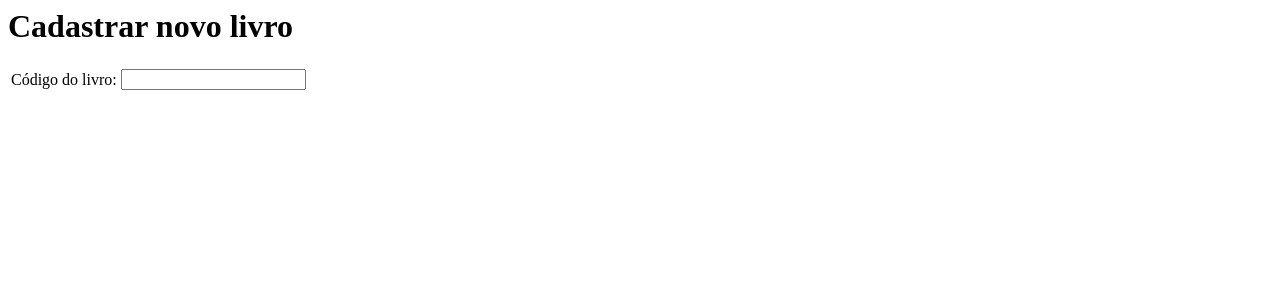
Repository: EikDEV/Atividade-Cliente-Servidor
Page: crudjspjava/src/main/webapp/livroform.html
These files come from the project's save history. The page is drawn as it stood at one moment and after the next save; the edit follows.
The browser window is 1280 px wide. The pictures show the whole page.

Above is the page before, as saved 2022-11-04 15:14:06.

After the next save:
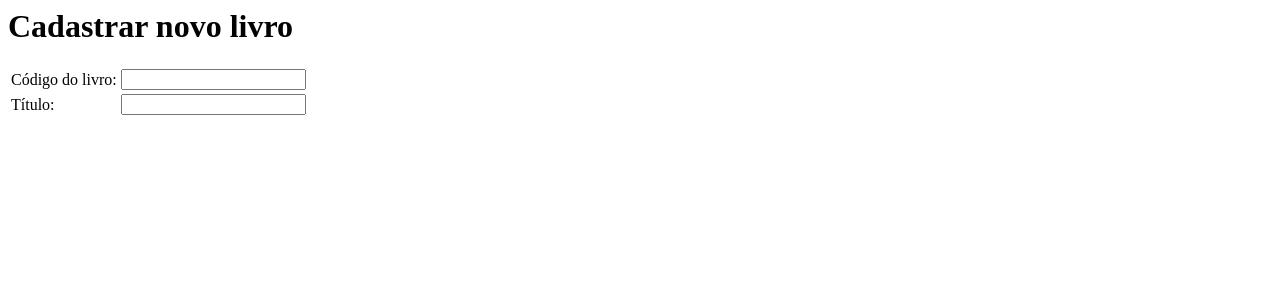
Saved 25 min 16 s later.
--- a/crudjspjava/src/main/webapp/livroform.html
+++ b/crudjspjava/src/main/webapp/livroform.html
@@ -6,5 +6,9 @@
 			<td>Código do livro:</td>
 			<td><input type="number" name="codlivro" /></td>
 		</tr>
+		<tr>
+			<td>Título:</td>
+			<td><input type="number" name="codlivro" /></td>
+		</tr>
 	</table>
 </form>
